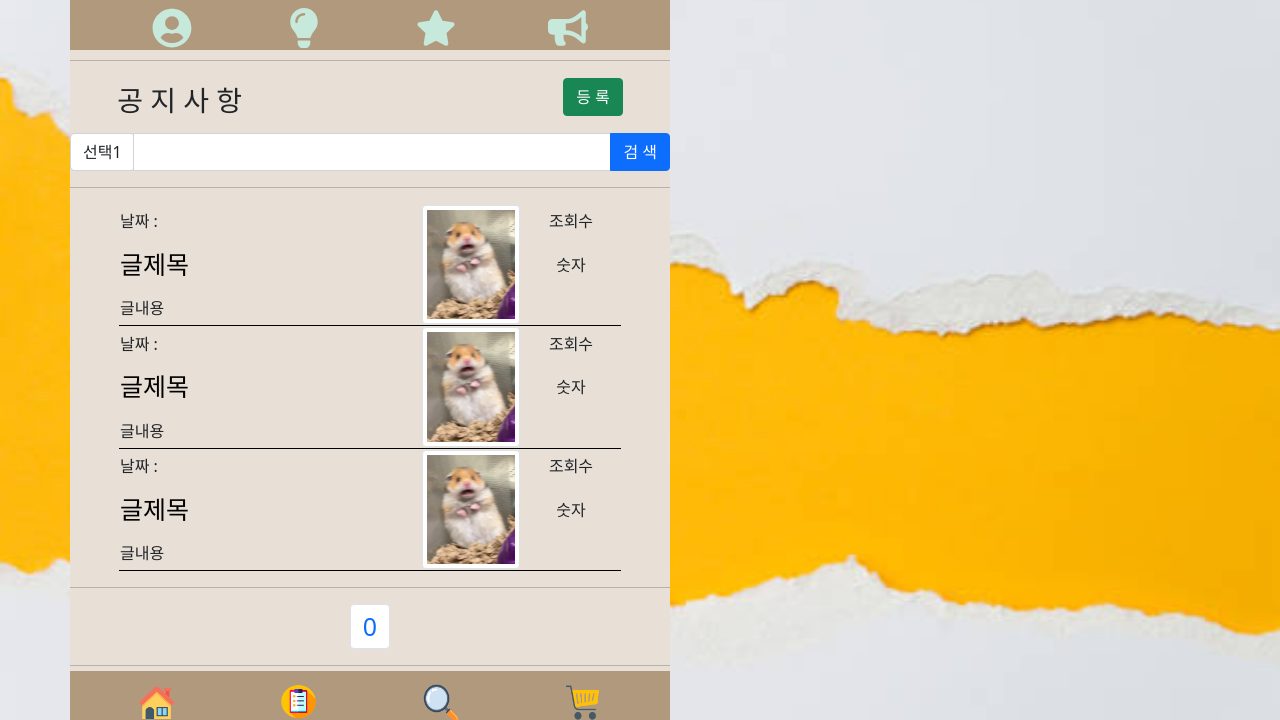
Repository: heegyu97/project
Page: http://localhost/0801_mvc2/WEB-INF/views/notice/notice.jsp
An editor plug-in stored every save of this project. The page is shown before and after the next save, followed by the edit.
The browser window is 1280 px wide. The pictures show the whole page.
An inner scrolling area shows only its first screen. Some web libraries are served in a nearby version. The page is served by Tomcat 9. Nobody is signed in. The template is opened directly, without the code that normally fills it, so the values that code supplies are empty.

Above is the page before, as saved 2022-08-11 06:03:04.

After the next save:
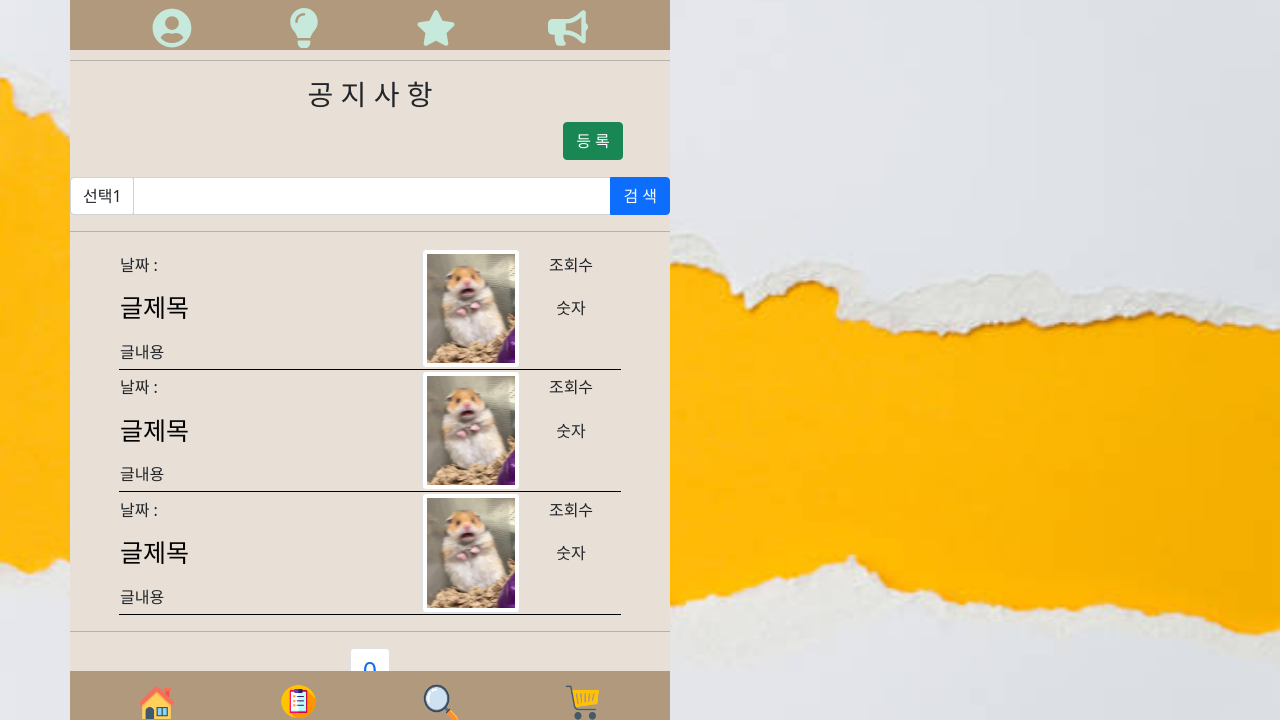
Saved 76 s later.
--- a/0720/0801_mvc2/src/main/webapp/WEB-INF/views/notice/notice.jsp
+++ b/0720/0801_mvc2/src/main/webapp/WEB-INF/views/notice/notice.jsp
@@ -39,9 +39,13 @@
 
 			<tbody >
 				<tr>
-					<th>
+					<td>
 						<h3 style="text-align: center;">공 지 사 항</h3>
-					</th>
+					</td>
+				</tr>
+
+
+				<tr>
 					<td>
 						<a href="${pageContext.request.contextPath}/tip/tipwriteform">
 							<button  class="btn btn-success float-right mb-3">등 록</button>
